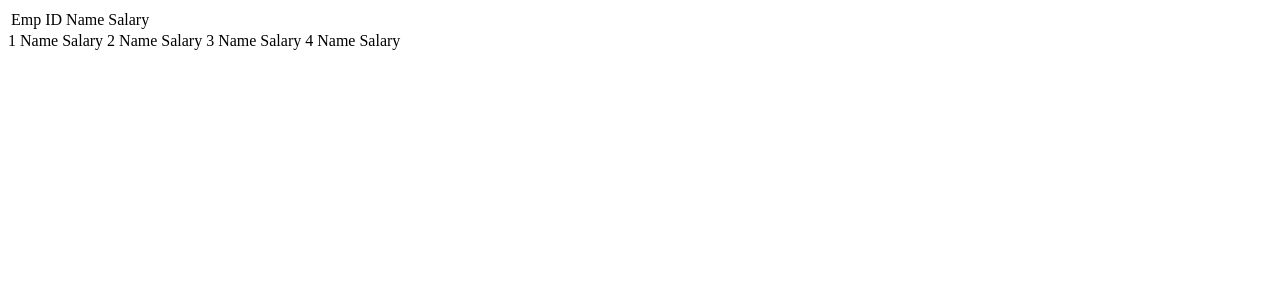
Repository: SuyashAwasthy/Javaee
Page: http://localhost/06-jsp-jstl-tag-demo/jstl-employee-forEach.jsp
The author's editor kept a copy of each file at every save. The page is drawn from the files as they stood at one save, then again after the next save.
The browser window is 1280 px wide. The pictures show the whole page.
The page is served by Tomcat 9.

Above is the page before, as saved 2024-07-15 07:48:25.

### 06-jsp-jstl-tag-demo/WebContent/jstl-employee-forEach.jsp
<%@ page language="java" contentType="text/html; charset=ISO-8859-1"
	pageEncoding="ISO-8859-1"%>
<%@ page import="java.util.List, java.util.ArrayList, com.techlabs.model.Employee"%>
<%@ taglib uri="http://java.sun.com/jsp/jstl/core" prefix="c"%>
<%@ taglib uri="http://java.sun.com/jsp/jstl/functions" prefix="fn"%>
<!DOCTYPE html>
<html>
<head>
<meta charset="ISO-8859-1">
<title>Insert title here</title>
</head>
<body>

	<%
		List<Employee> employees = new ArrayList<>();
		employees.add(new Employee(1,"Suyash",10000));
		employees.add(new Employee(2,"Shivansh",11000));
		employees.add(new Employee(3,"Sudesh",12000));
		employees.add(new Employee(4,"Rachit",13000));

		pageContext.setAttribute("theEmployees", employees);
	%>
	<table>
		<tr>
			<td>Emp ID</td>
			<td>Name</td>
			<td>Salary</td>
		</tr>
	</table>
	<c:forEach var="emp" items="${theEmployees}">
		<tr>
			<td>${emp.id}</td>
			<td>Name</td>
			<td>Salary</td>
		</tr>
	</c:forEach>

</body>
</html>

### 06-jsp-jstl-tag-demo/src/com/techlabs/model/Employee.java
package com.techlabs.model;

public class Employee {

	private int id;
	private String name;
	private double salary;
	public Employee(int id, String name, double salary) {
		super();
		this.id = id;
		this.name = name;
		this.salary = salary;
	}
	public int getId() {
		return id;
	}
	public void setId(int id) {
		this.id = id;
	}
	public String getName() {
		return name;
	}
	public void setName(String name) {
		this.name = name;
	}
	public double getSalary() {
		return salary;
	}
	public void setSalary(double salary) {
		this.salary = salary;
	}

}

After the next save:
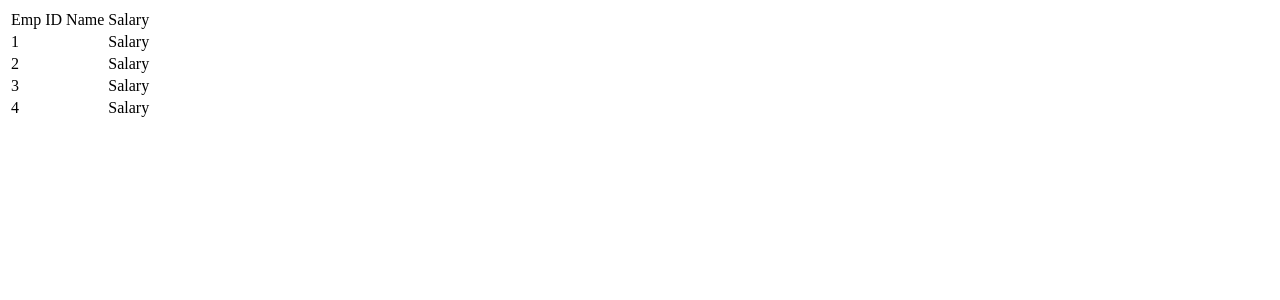
Saved 32 s later.
--- a/06-jsp-jstl-tag-demo/WebContent/jstl-employee-forEach.jsp
+++ b/06-jsp-jstl-tag-demo/WebContent/jstl-employee-forEach.jsp
@@ -26,14 +26,13 @@
 			<td>Name</td>
 			<td>Salary</td>
 		</tr>
-	</table>
 	<c:forEach var="emp" items="${theEmployees}">
 		<tr>
 			<td>${emp.id}</td>
-			<td>Name</td>
+			<td></td>
 			<td>Salary</td>
 		</tr>
 	</c:forEach>
-
+</table>
 </body>
 </html>
